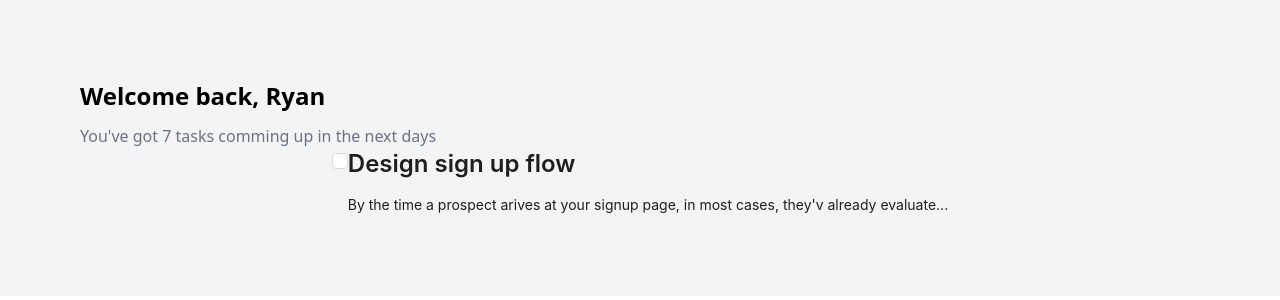
Repository: daohuyhoang9119/TodoApp
Page: /
An editor plug-in stored every save of this project. The page is shown before and after the next save, followed by the edit.
The browser window is 1280 px wide. The pictures show the whole page.
The project was rebuilt for these pictures with package versions that can differ from the ones it lists, and the page was loaded fresh each time. Also part of the build but not shown: vite.config.ts, src/App.css.

Above is the page before, as saved 2023-02-22 10:37:12.

After the next save:
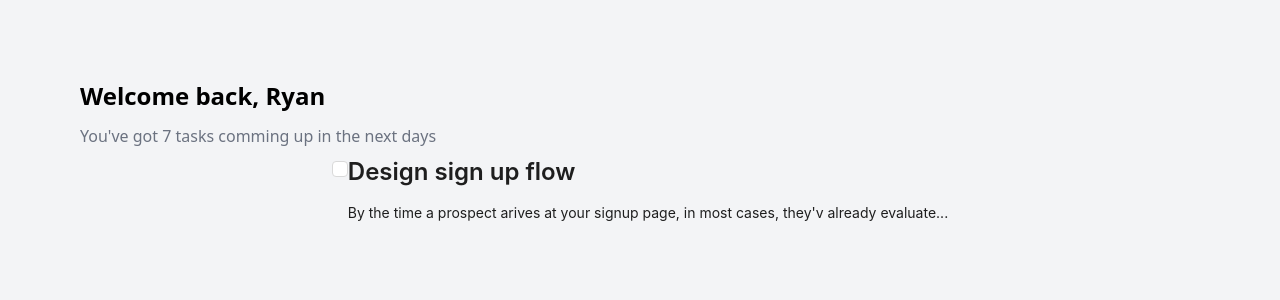
Saved 19 s later.
--- a/src/components/TaskItem/TaskItem.tsx
+++ b/src/components/TaskItem/TaskItem.tsx
@@ -7,7 +7,7 @@ import { Input } from "antd";
 
 function TaskItem() {
   return (
-    <div className="flex justify-center">
+    <div className="flex justify-center m-2">
       <div className="">
         <Checkbox></Checkbox>
       </div>
